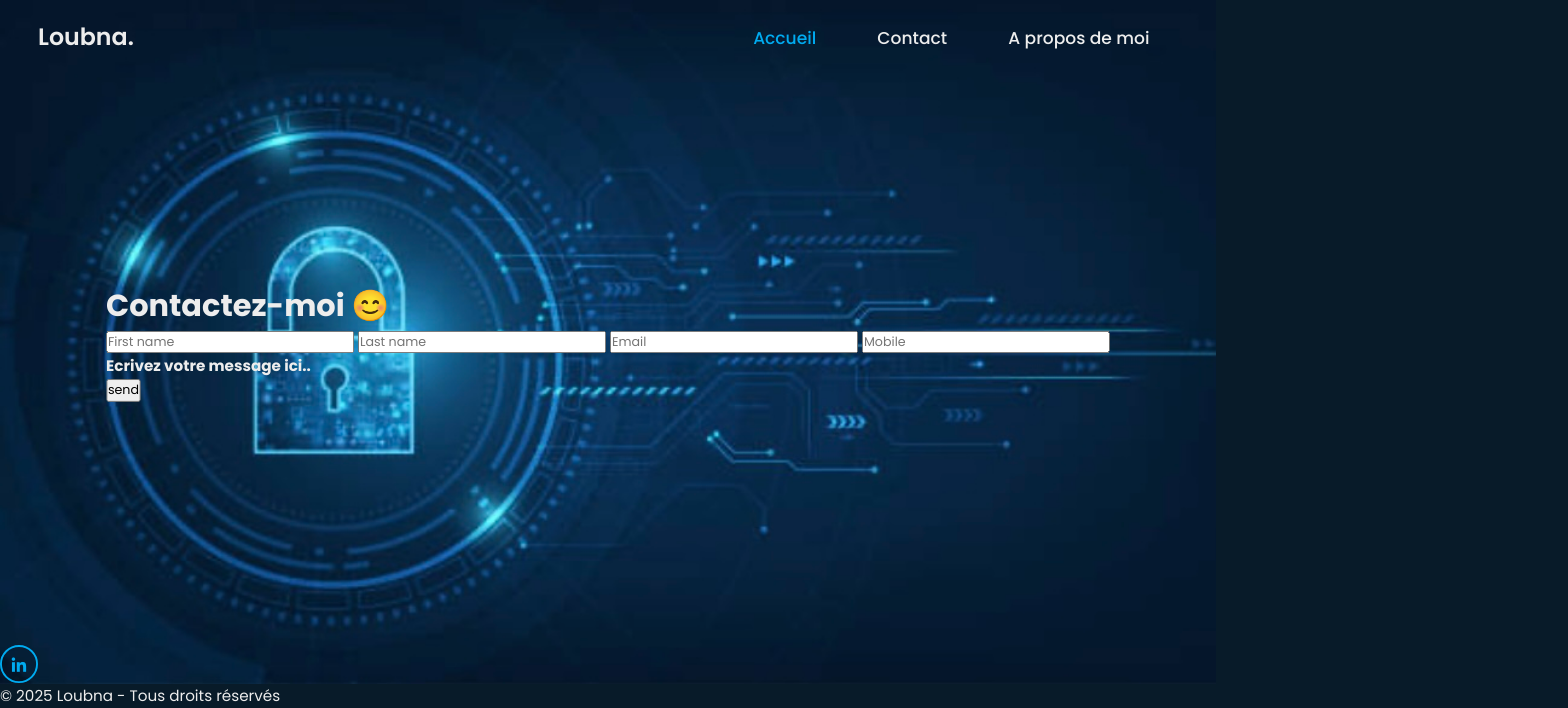
Repository: Loubna77290/Portfolio-de-Loubna
Page: contact.html
The author's editor kept a copy of each file at every save. The page is drawn from the files as they stood at one save, then again after the next save.
The browser window is 1280 px wide. The page is 1280 px wide, then 1650 px, so the pictures cover 1650 px, including what lies to the right of the window. The pictures show the whole page, at 95% of full size.

Above is the page before, as saved 2025-03-10 23:32:10.

### contact.html
<!DOCTYPE html>
<html lang="en">
<head>
    <meta charset="UTF-8">
    <meta name="viewport" content="width=device-width, initial-scale=1.0">
    <title>Fiche contact</title>
    <link rel="stylesheet" href="style.css">
    <link href='https://unpkg.com/boxicons@2.1.4/css/boxicons.min.css'rel='stylesheet'>
</head>
<body>

  <header class="header">
        <a href="#" class="logo">Loubna.</a>
         <nav class="navbar">
            <a href="/index.html"class="active">Accueil</a>
            <a href="/contact.html">Contact</a>
            <a href="about.html">A propos de moi</a>
        </nav>
    </header>

    <div class="contact-background">
        <form>
            <h1>Contactez-moi &#128522;</h1>
            <input type="text" id="firstname" placeholder="First name"required>
            <input type="text" id="lastname" placeholder="Last name"required>
            <input type="email" id="email" placeholder="Email"required>
            <input type="text" id="mobile" placeholder="Mobile"required>
            <h4>Ecrivez votre message  ici..</h4>
            <input type="submit" value="send" id="button">


        </form>



    </div>
    </section>

    <div class="home-sci">
        <a href="https://www.linkedin.com/in/loubna-m-baaa031a6/"target="_blank"><i class='bx bxl-linkedin'></i></a>
     </div>
</body>

    <footer>
        <p>&copy; 2025 Loubna - Tous droits réservés </p>
       </footer>
</html>

### style.css
@import url('https://fonts.googleapis.com/css2?family=Poppins:wght@300;400;500;600;700;800;900&display=swap');

* {
    margin: 0;
    padding: 0;
    box-sizing: border-box;
    font-family: 'Poppins', sans-serif;

}

body {
    background: #081b29;
    color: #ededed;

}

.header {
    position:fixed;
    top: 0;
    left:0;
    width: 100%;
    padding: 20px 10px;
    background: transparent;
    display: flex;
    justify-content: space-between;
    align-items: center;
    z-index: 100;
}


.logo {
    position: relative;
    margin-left: 30px;
    font-size: 25px;
    color: #ededed;
    text-decoration: none;
    font-weight: 600;

}

.logo::before {
    content: '';
    position: absolute;
    top: 0;
    right: 0;
    width: 100%;
    height: 100%;
    background: #081b29b6;
    animation: showRight 1s ease forwards;
    animation-delay: .4s;;
}

.navbar a {
    font-size: 18px;
    color: #ededed;
    text-decoration: none;
    font-weight: 500;
    margin-right: 60px;
    justify-content: flex-end;
    transition: .3s;

}

.navbar a:hover,
.navbar a.active {
    color: #00abf0;

}

.accueil {
    position: relative;
    height: 100vh;
    background: url(./IMG_7408.jpg) no-repeat center center;
    background-size: cover;
    display: flex;
    align-items: center;
    padding: 0 10%;

}

.accueil-contenu {
    background: transparent;
    max-width: 600px;


    }

.accueil-contenu h2 {
    font-size: 45px;
    font-weight: 700;
    line-height: 1.2;
    white-space: nowrap;
}

.accueil-contenu h2::before {
    content: '';
    position: absolute;
    top: 0;
    right: 0;
    width: 100%;
    height: 100%;
    background: #081b29;
    animation: showRight 1s ease forwards;
    animation-delay: 1s;
}

.accueil-contenu h3 {
    font-size: 30px;
    font-weight: 600;
    color: #0ff;

}

.accueil-contenu p {
    font-size: 16px;
    margin: 20px  0 40px;
    line-height: 1.2;
}

.accueil-contenu .btn-box {
    position: relative;
    display: flex;
    justify-content: space-between;
    width: 380px;
    height: 60px;

}

.accueil-contenu .btn-box::before {
    content: '';
    position: absolute;
    top: 0;
    right: 0;
    width: 100%;
    height: 100%;
    background: #081b294d;
    animation: showRight 1s ease forwards;
    animation-delay: 1.9s;
    z-index: 2;
}

.btn-box a {
    position: relative;
    display: inline-flex;
    justify-content: center;
    align-items: center;
    width: 150px;
    height: 110%;
    background: #00abf0;
    border: 2px solid #00abf0;
    border-radius: 8px;
    font-size: 19px;
    color: #081b29;
    text-align: center;
    text-decoration: none;
    font-weight: 600;
    letter-spacing: 1px;
    z-index: 1;
    overflow: hidden;
    transition: .5s;
}

.btn-box a:hover {
    color: #00abf0;

}

.btn-box a:nth-child(2) {
    background: transparent;
    color:#00abf0
}

.btn-box a:nth-child(2):hover {
    color:#081b29;
}


.btn-box a:nth-child(2)::before {
    background: #00abf0;
    }

.btn-box a::before {
    content: '';
    position: absolute;
    top: 0;
    left: 0;
    width: 0;
    height: 100%;
    background: #081b29;
    z-index: -1;
    transition: .5s;
}

.btn-box a:hover::before {
    width: 100%;
    }

.home-sci {
    position: absolute;
    bottom: 1px;
    width: 150px;
    display: flex;
    justify-content: space-between;
}

.home-sci::before {
    content: '';
    position: absolute;
    top: 0;
    right: 0;
    width: 100%;
    height: 100%;
    background: #081b29;
    animation: showRight 1s ease forwards;
    animation-delay: 2.5s;
    z-index: 2;
}

.home-sci a {
    position: relative;
    display: inline-flex;
    justify-content: center;
    align-items: center;
    width: 40px;
    height: 40px;
    background: transparent;
    border: 2px solid #00abf0;
    border-radius: 50%;
    font-size: 20px;
    text-decoration: none;
    z-index: 1;
    overflow: hidden;
    transition: .5s;
    color: #00abf0;
}

.home-sci a:hover {
    color: #081b29;

}
.home-sci a::before {
    content: '';
    position: absolute;
    top: 0;
    left: 0;
    width: 0;
    height: 100%;
    background:#00abf0;
    transition: .5s;
    z-index: -1;
}

.home-sci a:hover::before {
    width: 100%;
}

/* KEYFRAMES ANIMATION */
@keyframes showRight {
    100% {
        width: 0;
    }
}

.contact-background  {
    background: url('IMG_7400.jpg');
    min-height: 100vh;
    height: 100vh;
    background-size: cover;
    display: flex;
    justify-content: center;
    align-items: center;
}

.

/* footer page à propos de moi  */
footer {
    position: absolute;
    bottom: 1px;
    left: 50%;
    transform: translate(-50%);
    background: rgba(0, 0, 0, 0.116);
    color: white;
    padding: 5px 10px;
    font-size: 12px;
    border-radius: 5px;
    z-index: 10;
}

.about-background  {
    background: url('IMG_7400.jpg');
    height: 100vh;
    background-size: cover;
    display: flex;
}

/* contenu de la page à propos de moi  */
.about-content {
    display: flex;
    flex-direction: column;
    justify-content: baseline;
    margin-top: 40px;
    width: 100%;
}

.about-content h1 {
    font-weight: 900;
    color: #ededed;
   margin-left: 120px;
}

.about-content p {
    padding: 30px;
    color: #ffff;
    text-align: left;
}

.about-content h2 {
    font-weight: 900;
    color: #ededed;
   margin-left: 100px;
}

.about-background {
    display: flex;
    justify-content: space-between;
    align-items:flex-start;
    padding: 50px;
}
.about-content {
    width: 55%;
}

.about-skills {
    margin: 100px;
    width: 40%;
    background: rgba(255,255,255,0.1);
    padding: 20px;
    border-radius: 10px;

}

.about-skills h2 {
    color: #00abf0;
    margin-bottom: 10px;
}

.about-skills ul {
    list-style: none;
    padding: 0;

}

.about-skills li {
    font-size: 16px;
    margin-bottom: 25px;
 }

 .about-content {
    opacity: 0;
    animation: fadeIn 1s ease-in forwards;
    animation-delay: 1s;
 }

 .about-skills {
     opacity: 0;
     animation: fadeIn 1s ease-in forwards;
     animation-delay: 3s;
    }

    /* mise en place d'animation avec keyframe  */

    @keyframes fadeIn {
        from{
            opacity: 0;
            transform: translateY(20px);
        }
        to {
            opacity: 1;
            transform: translateY(0);
        }
    }


    /* style fiche contact css  */

After the next save:
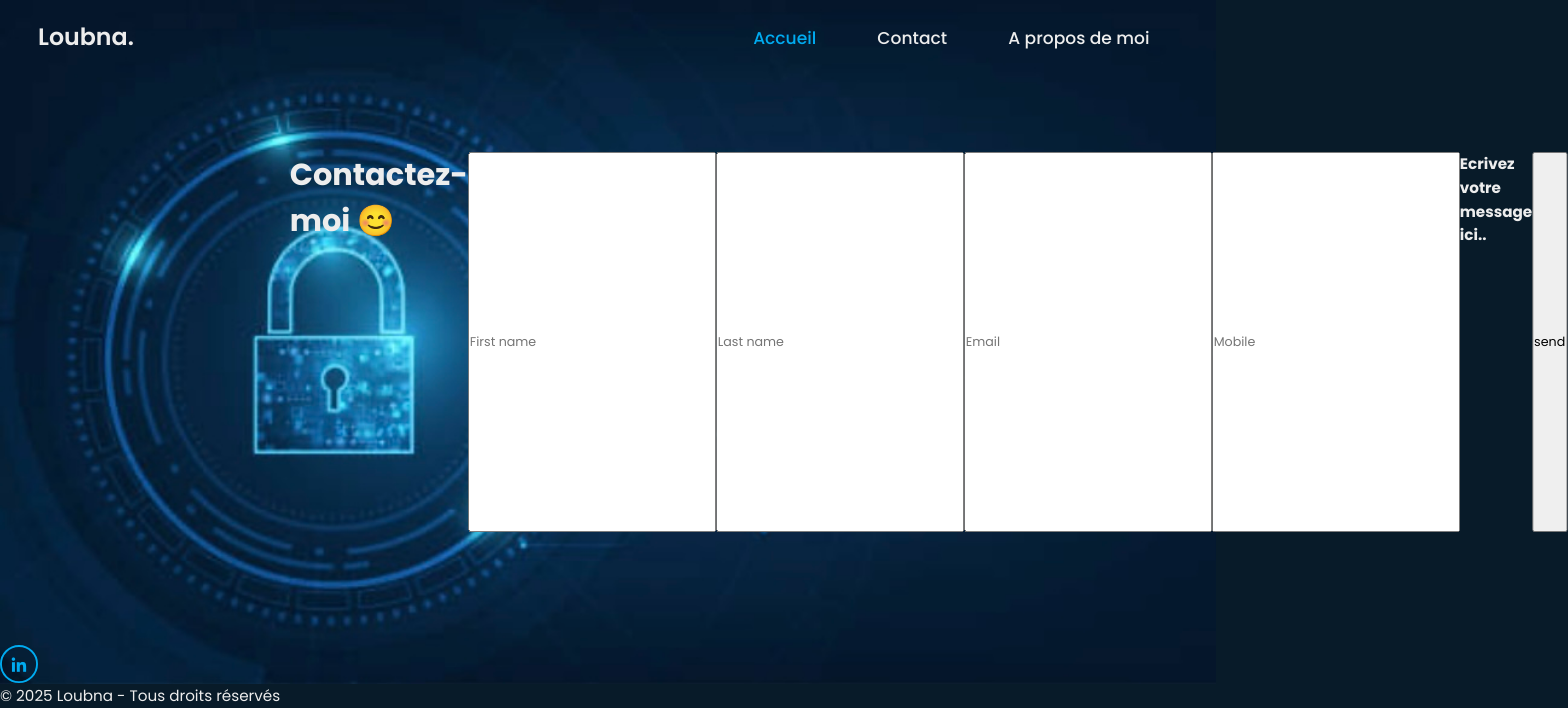
Saved 51 s later.
--- a/style.css
+++ b/style.css
@@ -271,6 +271,12 @@ body {
     align-items: center;
 }
 
+.contact-background form {
+    width: 670px;
+    height: 400px;
+    display: flex;
+}
+
 .
 
 /* footer page à propos de moi  */
